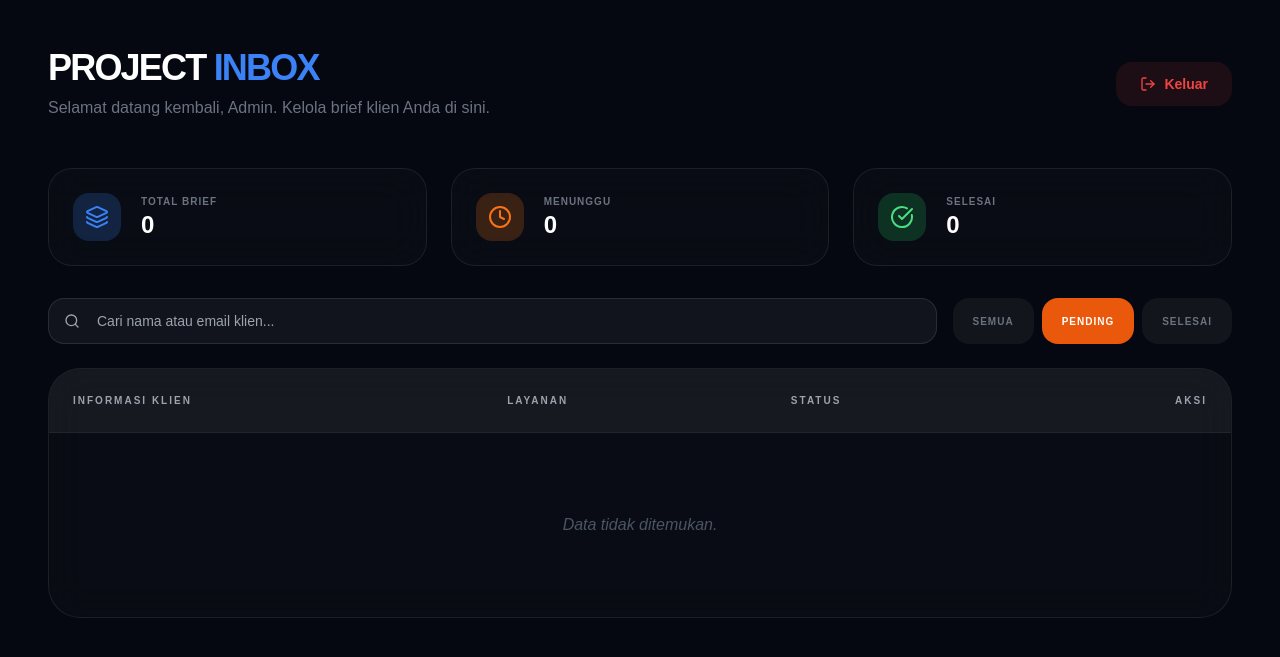
Repository: zhr-nabila/ClientBrief
Page: http://localhost/admin/index.php?f=Pending
An editor plug-in stored every save of this project. The page is shown before and after the next save, followed by the edit.
The browser window is 1280 px wide. The pictures show the whole page.
Some web fonts or font styles are not loaded; a fallback is used. Some web libraries are served in a nearby version. The page is run by PHP 8.4 with error messages shown; the project is at /var/www/html/. The session is filled in as if someone had signed in: {"admin_logged_in": true}. Queries for data that is not in the repository find no rows.

Above is the page before, as saved 2026-01-18 20:13:31.

After the next save:
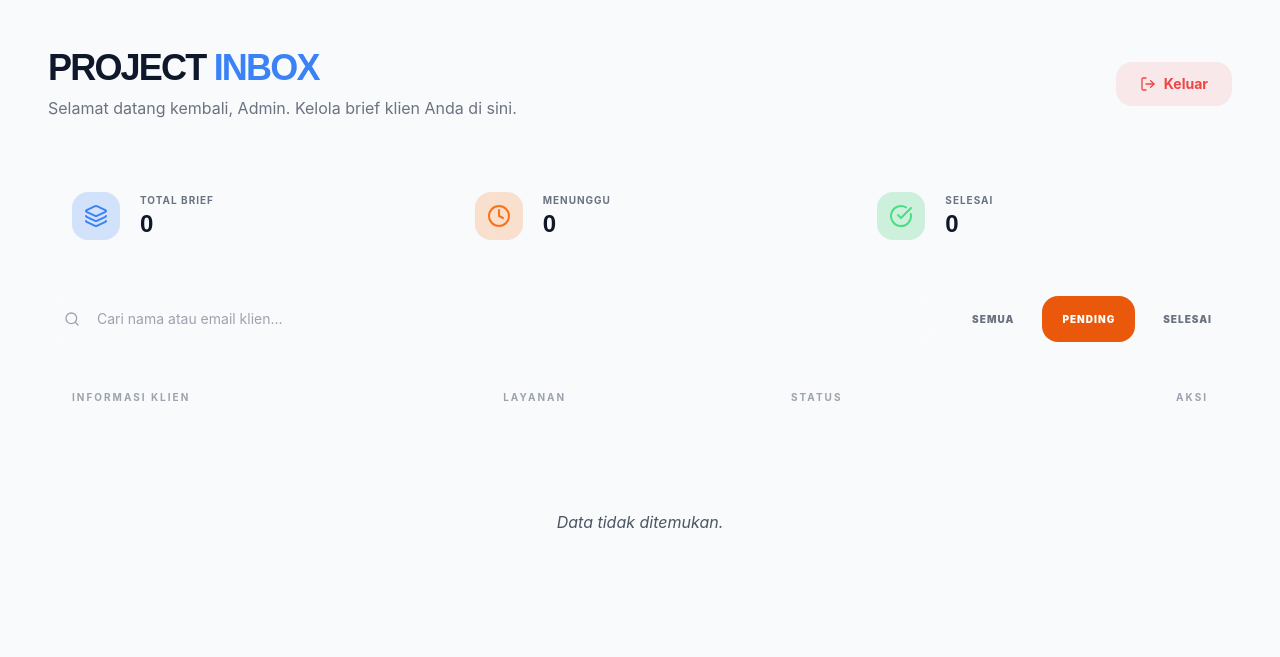
Saved 35 s later.
--- a/admin/index.php
+++ b/admin/index.php
@@ -31,10 +31,7 @@ $selesai      = mysqli_num_rows(mysqli_query($koneksi, "SELECT id FROM tb_projek
     <script src="https://cdn.tailwindcss.com"></script>
     <script src="https://unpkg.com/lucide@latest"></script>
     <link href="https://fonts.googleapis.com/css2?family=Plus+Jakarta+Sans:wght@400;600;800&display=swap" rel="stylesheet">
-    <link rel="stylesheet" href="../assets/css/base.css">
-    <link rel="stylesheet" href="../assets/css/components.css">
-    <link rel="stylesheet" href="../assets/css/admin.css">
-
+     <link rel="stylesheet" href="../css/style.css">
 </head>
 
 <body class="p-6 md:p-12">
